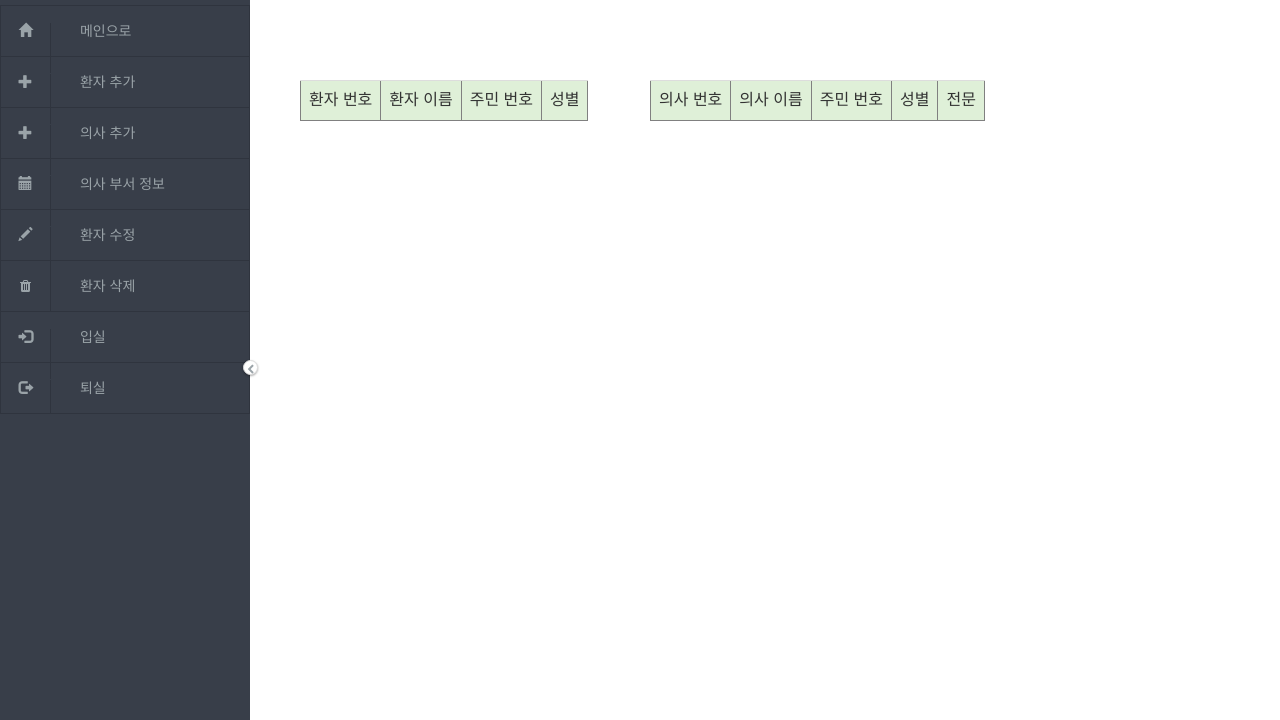
Repository: qaws1134/Hospital_manager
Page: http://localhost/project/search.jsp
The author's editor kept a copy of each file at every save. The page is drawn from the files as they stood at one save, then again after the next save.
The browser window is 1280 px wide. The pictures show the whole page.
Some web libraries are served in a nearby version. The page is served by Tomcat 9. Other server files are loaded and not shown. The template is opened directly, without the code that normally fills it, so the values that code supplies are empty.

Above is the page before, as saved 2017-12-09 17:24:37.
Console error (its wording comes from the project's code and is left out).

### project/WebContent/search.jsp
<%@ taglib uri="http://java.sun.com/jsp/jstl/core" prefix="c" %>
<%@ page language="java" contentType="text/html; charset=UTF-8"
    pageEncoding="UTF-8"%>


<html lang="kr">
	<head>

	<meta http-equiv="Content-Type" content="text/html" charset="UTF-8">
	<title>http://www.blueb.co.kr</title>
<link rel="stylesheet" href="http://netdna.bootstrapcdn.com/font-awesome/4.3.0/css/font-awesome.min.css">
<!-- 합쳐지고 최소화된 최신 CSS -->
<link rel="stylesheet" href="https://maxcdn.bootstrapcdn.com/bootstrap/3.3.2/css/bootstrap.min.css">
<!-- 부가적인 테마 -->
<link rel="stylesheet" href="https://maxcdn.bootstrapcdn.com/bootstrap/3.3.2/css/bootstrap-theme.min.css">

<!-- 합쳐지고 최소화된 최신 자바스크립트 -->
<script src="https://maxcdn.bootstrapcdn.com/bootstrap/3.3.2/js/bootstrap.min.js"></script>

<style type="text/css">
input[type="checkbox"]#menu_state {
  display: none;
}
input[type="checkbox"]:checked ~ nav {
  width: 250px;
}
input[type="checkbox"]:checked ~ nav label[for="menu_state"] i::before {
  content: "\f053";
}
input[type="checkbox"]:checked ~ nav ul {
  width: 100%;
}
input[type="checkbox"]:checked ~ nav ul li a i {
  border-right: 1px solid #2f343e;
}
input[type="checkbox"]:checked ~ nav ul li a span {
  opacity: 1;
  transition: opacity 0.25s ease-in-out;
}
input[type="checkbox"]:checked ~ main {
  left: 250px;
}
nav {
  position: fixed;
  z-index: 9;
  top: 0;
  left: 0;
  bottom: 0;
  background: #383e49;
  color: #9aa3a8;
  width: 50px;
  font-family: 'Montserrat', sans-serif;
  font-weight: lighter;
  transition: all 0.15s ease-in-out;
}
nav label[for="menu_state"] i {
  cursor: pointer;
  position: absolute;
  top: 50%;
  right: -8px;
  box-shadow: 0 1px 3px rgba(0,0,0,0.12), 0 1px 2px rgba(0,0,0,0.24);
  background: #fff;
  font-size: 10px;
  display: flex;
  justify-content: center;
  align-items: center;
  height: 15px;
  width: 15px;
  border-radius: 50%;
  border: 1px solid #ddd;
  transition: width 0.15s ease-in-out;
  z-index: 1;
}
nav label[for="menu_state"] i::before {
  margin-top: 2px;
  content: "\f054";
}
nav label[for="menu_state"] i:hover {
  box-shadow: 0 10px 20px rgba(0,0,0,0.19), 0 6px 6px rgba(0,0,0,0.23);
}
nav ul {
  overflow: hidden;
  display: block;
  width: 50px;
  list-style-type: none;
  padding: 0;
  margin: 0;
}
nav ul li {
  border: 1px solid #2f343e;
  position: relative;
}
nav ul li.unread:after {
  content: attr(data-content);
  position: absolute;
  top: 10px;
  left: 25px;
  display: flex;
  justify-content: center;
  align-items: center;
  width: 15px;
  height: 15px;
  border-radius: 50%;
  color: #fff;
  background: #ef5952;
  font-size: 8px;
}
nav ul li:not(:last-child) {
  border-bottom: none;
}
nav ul li.active a {
  background: #4c515d;
  color: #fff;
}
nav ul li a {
  position: relative;
  display: block;
  white-space: nowrap;
  text-decoration: none;
  color: #9aa3a8;
  height: 50px;
  width: 100%;
  transition: all 0.15s ease-in-out;
}
nav ul li a:hover {
  background: #4c515d;
  color: #fff;
}
nav ul li a * {
  height: 100%;
  display: inline-block;
}
nav ul li a i {
  text-align: center;
  width: 50px;
  z-index: 999999;
}
nav ul li a i.fa {
  line-height: 50px;
}
nav ul li a span {
  padding-left: 25px;
  opacity: 0;
  line-height: 50px;
  transition: opacity 0.1s ease-in-out;


}

</style>
</head>

<body>
<input type="checkbox" id="menu_state" checked>
<nav>
	<label for="menu_state"><i class="fa"></i></label>
	<ul>
    <li>
      <a href="main.do">
        <i class="glyphicon glyphicon-home"></i>
        <span>메인으로</span>   <!--환자 대기 목록,병실 목록 및 현황-->
      </a>
    </li>
		<li>
			<a href="P_addui.do">
				<i class="glyphicon glyphicon-plus"></i>
				<span>환자 추가</span>
			</a>
		</li>
		<li>
			<a href="D_addui.do">
				<i class="glyphicon glyphicon-plus"></i>
				<span>의사 추가</span>
			</a>
		</li>

		<li>
			<a href="D_clsif.do">
				<i class="glyphicon glyphicon-calendar"></i>
				<span>의사 부서 정보</span>
			</a>
		</li>

		<li>
			<a href="cristal.do">
				<i class="glyphicon glyphicon-pencil"></i>
				<span>환자 수정</span>
			</a>
		</li>
		<li>
			<a href="delsel.do">
				<i class="fa fa-trash"></i>
				<span>환자 삭제</span>
			</a>
		</li>
      <li>
      <a href="insel.do">
        <i class="glyphicon glyphicon-log-in"></i>
        <span>입실</span>
      </a>
    </li>
        <li>
      <a href="javascript:void(0)">
        <i class="glyphicon glyphicon-log-out"></i>
        <span>퇴실</span>
      </a>
    </li>
	</ul>
</nav>

<section style="position:absolute; top:80px;left:300px">
     <table border="1" class="table table-striped">
      	<tr class="success">
      		<td>환자 번호</td>
      		<td>환자 이름</td>
      		<td>주민 번호</td>
      		<td>성별</td>
      	</tr>

      	<c:forEach items="${search}" var="dto">
	      	<tr>
	      		<td>${dto.p_NUM}</td>
	      		<td>${dto.p_NAME}</td>
	      		<td>${dto.p_PERNUM}</td>
	      		<td>${dto.p_GENDER }</td>
	      	</tr>
		</c:forEach>
      </table>
</section>

<section style="position:absolute; top:80px;left:650px">
     <table border="1" class="table table-striped">
      	<tr class="success">
      		<td>의사 번호</td>
      		<td>의사 이름</td>
      		<td>주민 번호</td>
      		<td>성별</td>
      		<td>전문</td>
      	</tr>


      	<c:forEach items="${search}" var="dto">
	      	<tr>
	      		<td>${dto.d_NUM}</td>
	      		<td>${dto.d_NAME}</td>
	      		<td>${dto.d_PERNUM}</td>
	      		<td>${dto.d_GENDER }</td>
	      		<td>${dto.d_CLS}</td>
	      	</tr>
		</c:forEach>
      </table>
</section>
</body>
</html>

After the next save:
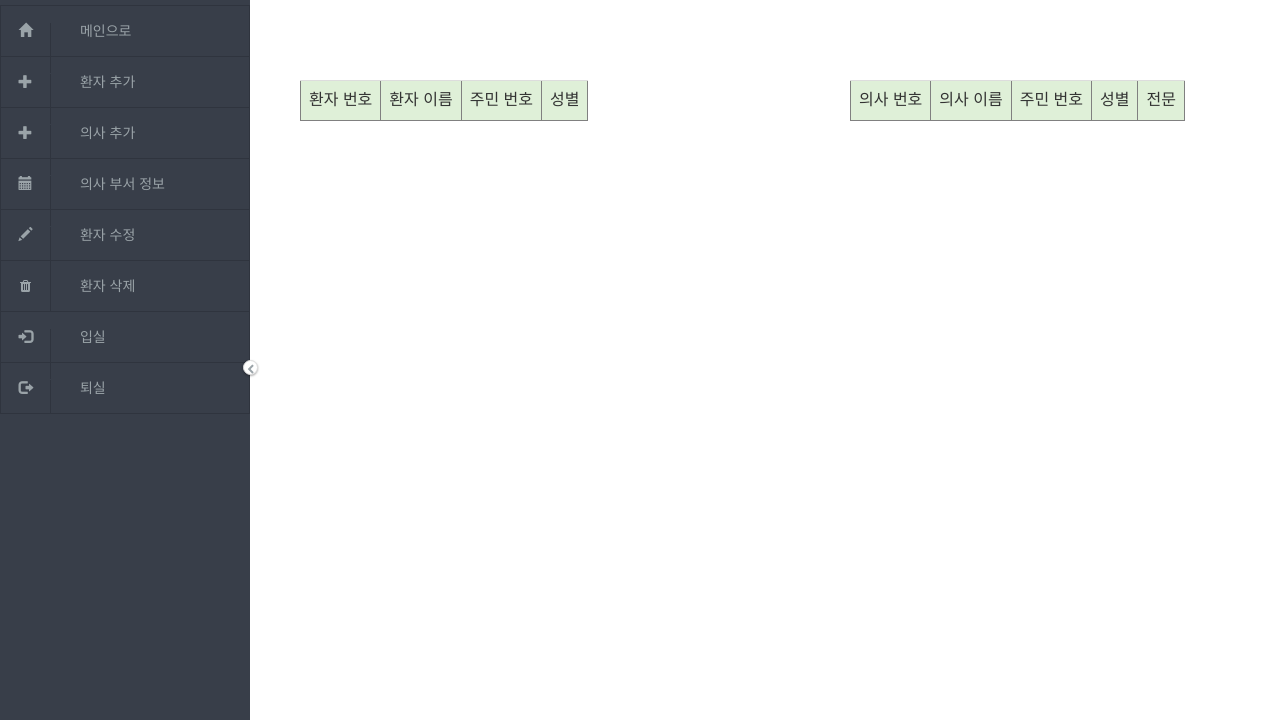
Saved 35 s later.
--- a/project/WebContent/search.jsp
+++ b/project/WebContent/search.jsp
@@ -228,7 +228,7 @@ nav ul li a span {
       </table>
 </section>
 
-<section style="position:absolute; top:80px;left:650px">
+<section style="position:absolute; top:80px;left:850px">
      <table border="1" class="table table-striped">
       	<tr class="success">
       		<td>의사 번호</td>
